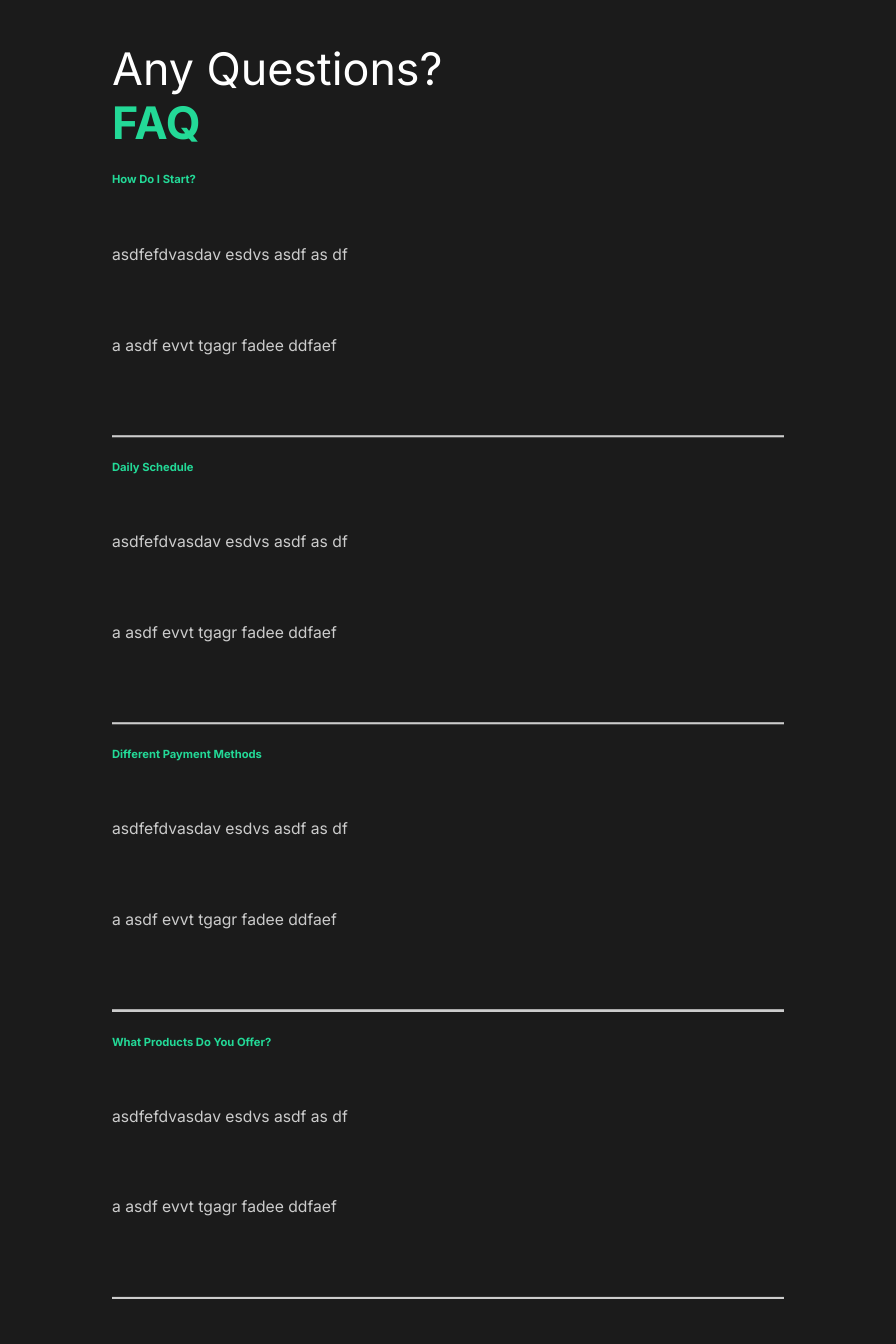
Repository: programmingwithlevi/capture
Page: /
The author's editor kept a copy of each file at every save. The page is drawn from the files as they stood at one save, then again after the next save.
The browser window is 1280 px wide. The pictures show the part of the page from y = 1884 to 3804 px (the page is 3852 px tall before and 4236 px after), at 70% of full size.
The project was rebuilt for these pictures with package versions that can differ from the ones it lists, and the page was loaded fresh each time. Also part of the build but not shown: src/pages/ContactUs.js, src/pages/OurWork.js, src/movieState.js, src/pages/movieDetail.js.

Above is the page before, as saved 2021-12-11 12:27:32.

### public/index.html
<!DOCTYPE html>
<html lang="en">
  <head>
    <meta charset="utf-8" />
    <link rel="icon" href="%PUBLIC_URL%/favicon.ico" />
    <meta name="viewport" content="width=device-width, initial-scale=1" />
    <meta name="theme-color" content="#000000" />
    <meta
      name="description"
      content="Web site created using create-react-app"
    />
    <link rel="preconnect" href="https://fonts.googleapis.com">
<link rel="preconnect" href="https://fonts.gstatic.com" crossorigin>
<link href="https://fonts.googleapis.com/css2?family=Inter:wght@400;700&family=Lato:wght@400;700&display=swap" rel="stylesheet">
<link rel="preconnect" href="https://fonts.googleapis.com">
<link rel="preconnect" href="https://fonts.gstatic.com" crossorigin>
<link href="https://fonts.googleapis.com/css2?family=Inter:wght@400;700&family=Lato:wght@400;700&family=Lobster&display=swap" rel="stylesheet">
    <link rel="apple-touch-icon" href="%PUBLIC_URL%/logo192.png" />
    <!--
      manifest.json provides metadata used when your web app is installed on a
      user's mobile device or desktop. See https://developers.google.com/web/fundamentals/web-app-manifest/
    -->
    <link rel="manifest" href="%PUBLIC_URL%/manifest.json" />
    <!--
      Notice the use of %PUBLIC_URL% in the tags above.
      It will be replaced with the URL of the `public` folder during the build.
      Only files inside the `public` folder can be referenced from the HTML.

      Unlike "/favicon.ico" or "favicon.ico", "%PUBLIC_URL%/favicon.ico" will
      work correctly both with client-side routing and a non-root public URL.
      Learn how to configure a non-root public URL by running `npm run build`.
    -->
    <title>Capture</title>
  </head>
  <body>
    <noscript>You need to enable JavaScript to run this app.</noscript>
    <div id="root"></div>
    <!--
      This HTML file is a template.
      If you open it directly in the browser, you will see an empty page.

      You can add webfonts, meta tags, or analytics to this file.
      The build step will place the bundled scripts into the <body> tag.

      To begin the development, run `npm start` or `yarn start`.
      To create a production bundle, use `npm run build` or `yarn build`.
    -->
  </body>
</html>

### src/index.js
import React from 'react';
import ReactDOM from 'react-dom';

import App from './App';
import reportWebVitals from './reportWebVitals';
import {BrowserRouter} from 'react-router-dom';

ReactDOM.render(
  <React.StrictMode>
    <BrowserRouter>
    <App />
    </BrowserRouter>
  </React.StrictMode>,
  document.getElementById('root')
);

// If you want to start measuring performance in your app, pass a function
// to log results (for example: reportWebVitals(console.log))
// or send to an analytics endpoint. Learn more: https://bit.ly/CRA-vitals
reportWebVitals();

### src/App.js
import React from "react";
//import pages
import AboutUs from '../src/pages/AboutUs';
import GlobalStyle from "./components/GlobalStyle";
import ContactUs from "./pages/ContactUs";
import OurWork from "./pages/OurWork";
import Nav from "./components/Nav";
import MovieDetail from "./pages/MovieDetail";

//router
import {Route,Switch,useLocation} from "react-router-dom";
//animaitom
import {AnimatePresence} from "framer-motion";

function App() {
  const location = useLocation();
  return  (
    <div className="App">

        <GlobalStyle />

        <Nav />
        <AnimatePresence exitBeforeEnter>
        <Switch location={location} key={location.pathname}>
          <Route path="/"  exact>
            <AboutUs />
          </Route>
          <Route path="/work" exact>
            <OurWork />
          </Route>
          <Route path="/work/:id">
            <MovieDetail />
          </Route>
          <Route path="/contact">
            <ContactUs />
          </Route>


        </Switch>
        </AnimatePresence>
    </div>
  );
}

export default App;

### src/pages/AboutUs.js
import React from 'react';
//Page Components
import AboutSection from '../components/AboutSection';
import ServicesSection from '../components/ServicesSection';
import FaqSection from '../components/FaqSection';
//animaiton
import {motion} from "framer-motion";
import {pageAnimation} from '../animations';

const AboutUs = () => {
    return (
   <motion.div
        exit="exit"
        variants={pageAnimation}
        initial="hidden"
        animate="show"
    >
        <AboutSection />
        <ServicesSection />
        <FaqSection />
    </motion.div>
    );

}

export default AboutUs;

### src/components/GlobalStyle.js
import {createGlobalStyle} from 'styled-components';

const GlobalStyle = createGlobalStyle`
*{
   margin: 0;
   padding: 0;
   box-sizing: border-box
}
body{
    background: #1b1b1b;
    font-family: 'Inter', sans-serif;
}
button{
    font-weight: bold;
    font-size: 1.1.rem;
    padding: 1rem 2rem;
    border: 3px solid #23d997;
    background: transparent;
    color: white;
    transition: all 0.5s ease;
    font-family: 'Inter', sans-serif;
    &:hover{
        background-color:  #23d997;
        color: white;
    }

}
h2{
       font-weight: lighter;
       font-size: 4rem;
    }
    h3{
        color: white;
    }
    h4{
        font-weight: bold;
        color: #23d997;
    }
    a{
        font-size: 1.1.rem;
    }
    span{
        font-weight: bold;
        color: #23d997;
    }
    p{
        padding: 3rem 0rem;
        color: #ccc;
        font-size: 1.4rem;
        line-height: 150%;
    }
`;
export default GlobalStyle;

### src/components/Nav.js
import React from 'react';
import styled from 'styled-components';
import {Link} from 'react-router-dom';

const Nav = () => {
    return(
        <StyledNav>
            <h1><Link id="logo" to="/">Capture</Link></h1>
            <ul>
                <li>
                    <Link to="/">1. About Us</Link>
                </li>
                <li>
                    <Link to="/work">2. Our Work</Link>
                </li>
                <li>
                    <Link to="/contact">3. Contact Us</Link>
                </li>
            </ul>
        </StyledNav>
    )
}

const StyledNav = styled.nav`
    min-height: 10vh;
    display: flex;
    margin: auto;
    justify-content: space-between;
    align-items: center;
    padding: 1rem 10rem;
    background: #282828;
    a{
        color: white;
        text-decoration: none;
    }
    ul{
        display: flex;
        list-style: none;
    }
    #logo{
        font-size: 1.8rem;
        font-family: 'Lobster', cursive;
        font-weight: lighter;
    }
    li{
        padding-left: 10rem;
        position: relative;
    }
`;

export default Nav;

### src/components/AboutSection.js
import React from 'react';
import home1 from '../img/home1.png';
import {About,Description,Image,Hide } from '../styles';
//Framer Motion
import {motion} from "framer-motion";
import {titleAnim,fade,photoAnim} from '../animations';
import Wave from './Wave';

const AboutSection = () => {

    return (
        <About>
            <Description>
                <motion.div variants={titleAnim}>
                    <div className="hide">
                        <motion.h2>We work to make</motion.h2>
                    </div>
                    <Hide>
                        <motion.h2>your <span>dreams</span> </motion.h2>
                    </Hide>
                    <Hide>
                        <motion.h2 variants={titleAnim}>come true.</motion.h2>
                    </Hide>
                </motion.div>
                <motion.p variants={fade}>Contact us for any photography or videography ideas that you have. </motion.p>
                <motion.button>Contact Us</motion.button>
            </Description>
            <Image>
                <motion.img variants={photoAnim} src={home1} alt="camera guy"/>

            </Image>
            <Wave />
        </About>
    )
}
//styled components


export default AboutSection;

### src/components/ServicesSection.js
import React from 'react';
//Import Icons
import clock from '../img/clock.svg';
import diaphram from '../img/diaphram.svg';
import money from '../img/money.svg';
import teamwork from '../img/teamwork.svg';
import home2 from '../img/home2.png';
//styles
import {About,Description,Image} from "../styles";
import styled from "styled-components";

const ServicesSection = () => {
    return(
        <About>
            <div className="description">
                <h2>High <span>quality</span> services</h2>
                <Cards>
                    <Card>
                        <div className="icon">
                            <img alt="icon" src={clock} />
                            <h3>Efficient</h3>
                        </div>
                        <p>lorem5 </p>
                    </Card>
                    <Card>
                        <div className="icon">
                            <img alt="icon" src={teamwork} />
                            <h3>Teamwork</h3>
                        </div>
                        <p>lorem5 </p>
                    </Card>
                    <Card>
                        <div className="icon">
                            <img alt="icon" src={diaphram} />
                            <h3>Diaphram</h3>
                        </div>
                        <p>lorem5 </p>
                    </Card>
                    <Card>
                        <div className="icon">
                            <img alt="icon" src={money} />
                            <h3>Affordable</h3>
                        </div>
                        <p>lorem5 </p>
                    </Card>
                </Cards>
            </div>
        <div className="image">
            <img alt="camera" src={home2} />

        </div>
        </About>
    )
}

const Services = styled(About)`
h2{
    padding-bottom: 5rem;
}
p{
    width: 70%;
    padding: 2rem 0rem 4rem 0rem;
}
`;
const Cards = styled.div`
display: flex;
flex-wrap: wrap;
`;
const Card = styled.div`
    flex-basis: 15rem;
    .icon {
        display: flex;
        align-items: center;
        h3 {
            margin-left: 1rem;
            background: white;
            color: black;
            padding: 1rem;
        }
    }
`;

export default ServicesSection;

### src/components/FaqSection.js
import React from 'react';
import styled from 'styled-components';
import {About} from '../styles';
import Toggle from './Toggle';

const FaqSection = () => {
    return(
        <Faq>
            <h2>Any Questions? <span>FAQ</span></h2>
            <Toggle title="How Do I Start?">

                <div className="answer">
                   <p>asdfefdvasdav esdvs asdf as df</p>
                    <p>a asdf evvt tgagr fadee ddfaef</p>
                </div>

            </Toggle>
            <Toggle title="Daily Schedule">

                <div className="answer">
                   <p>asdfefdvasdav esdvs asdf as df</p>
                    <p>a asdf evvt tgagr fadee ddfaef</p>
                </div>

            </Toggle>
            <Toggle title="Different Payment Methods">

                <div className="answer">
                   <p>asdfefdvasdav esdvs asdf as df</p>
                    <p>a asdf evvt tgagr fadee ddfaef</p>
                </div>

            </Toggle>
            <Toggle title="What Products Do You Offer?">

                <div className="answer">
                   <p>asdfefdvasdav esdvs asdf as df</p>
                    <p>a asdf evvt tgagr fadee ddfaef</p>
                </div>

            </Toggle>
        </Faq>
    )
}

const Faq = styled(About)`
    display: block;
    span{
        display: block;
    }
    h2{
        padding-bottom: 2rem;
        font-weight: lighter;
    }
    .faq-line{
        background: #cccccc;
        height: 0.2rem;
        margin: 2rem 0rem;
        width: 100%;
    }
    .question{
        padding: 3rem 0rem;
        cursor: pointer;
    }
    .answer{
        padding: 2rem 0rem;
        p{
            padding: 1rem 0 rem;
        }
    }
`;

export default FaqSection;

### src/animations.js
import { withTheme } from "styled-components";

export const pageAnimation ={
    hidden: {
        opacity: 0,
        y: 300,

    },
    show: {
        opacity: 1,
        y: 0,
        transition: {
            duration: 0.5,
            when: "beforeChildren",
            staggerChildren: 0.25,
        },
    },
    exit: {
        opacity: 0,
        //y: 300,
        transition: {
            duration: 0.5,
        },
    }
}
export const titleAnim = {
    hidden: {y: 200},
    show: {
        y:0,
        transition: {duration: 0.75, ease: "easeOut"},
    }
}
export const fade = {
    hidden: {opacity: 0},
    show: {
        opacity: 1,
        transition: {ease: "easeOut", duration: 0.75},
    }
}
export const photoAnim = {
    hidden: {scale: 1.5, opacity: 0},
    show: {
        scale: 1,
        opacity: 1,
        transition: 'easeOut',
        duration: 0.75,
    }
}
export const lineAnim = {
    hidden: {width: '0%'},
    show: {
        width: '100%',
        transition: {duration: 0.75},
    }
}

export const slider = {
    hidden: {x: '-130%', skew: '45deg'},
    show: {
        x: '100%',
        skew: '0deg',
        transition: {ease: "easeOut", duration: 1 },
    }
}

export const sliderContainer = {
    hidden: {opacity: 1},
    show: {opacity: 1, transition: { staggerChildren: 0.1, ease: 'easeOut'}},
}

### src/styles.js
import styled from "styled-components";

export const About = styled.div`
    min-height: 90vh;
    display: flex;
    align-items: center;
    justify-content: space-between;
    padding: 5rem 10rem;
    color: white;
   //position: center;
    top: 10%;

`;
export const Description = styled.div`
    flex: 1;
    padding-right: 5rem;
    z-index: 2;
    h2{
        font-weight: lighter;
    }
`

export const Image = styled.div`
    flex: 1;
    z-index: 2;
    overflow: hidden;
    img{
        width: 100%;
        height: 80vh;
        object-fit: cover;
    }

`
export const Hide = styled.div`
    overflow: hidden;
    `

### src/components/Wave.js
import React from "react";
import styled from "styled-components";
import {motion} from "framer-motion";

const Wave = () => {
    return(
    <WaveSvg viewBox="0 0 1440 363" fill="none" xmlns="http://www.w3.org/2000/svg">
<motion.path initial={{ pathLength: 0, pathOffset: 1 }}
animate={{ pathLength: 1, pathOffset: 0 }}
transition={{ duration: 1 }}
d="M1440 27.4774C1352.73 19.8184 1122.41 49.0556 899.331 227.276C620.48 450.052 354.282 355.647 170.328 185.318C23.165 49.0556 -4.21721 8.32998 0.487081 5" stroke="#D96ED4" strokeOpacity="0.5" strokeWidth="15"/>
</WaveSvg>);


};

const WaveSvg = styled.svg`
    position: absolute;
    left: 0;
    z-index: 1;
`;
export default Wave;

### src/components/Toggle.js
import { motion } from 'framer-motion';
import React,{useState} from 'react';

const Toggle = ({children,title}) => {
    const [toggle,setToggle] = useState(true);
    return(
        <div onClick={() => setToggle(!toggle)}>
            <motion.h4>{title}</motion.h4>
            {toggle?children:""}
            <div className="faq-line"></div>
        </div>
    )
}
export default Toggle;

Loaded but not shown: src/reportWebVitals.js (common file)

After the next save:
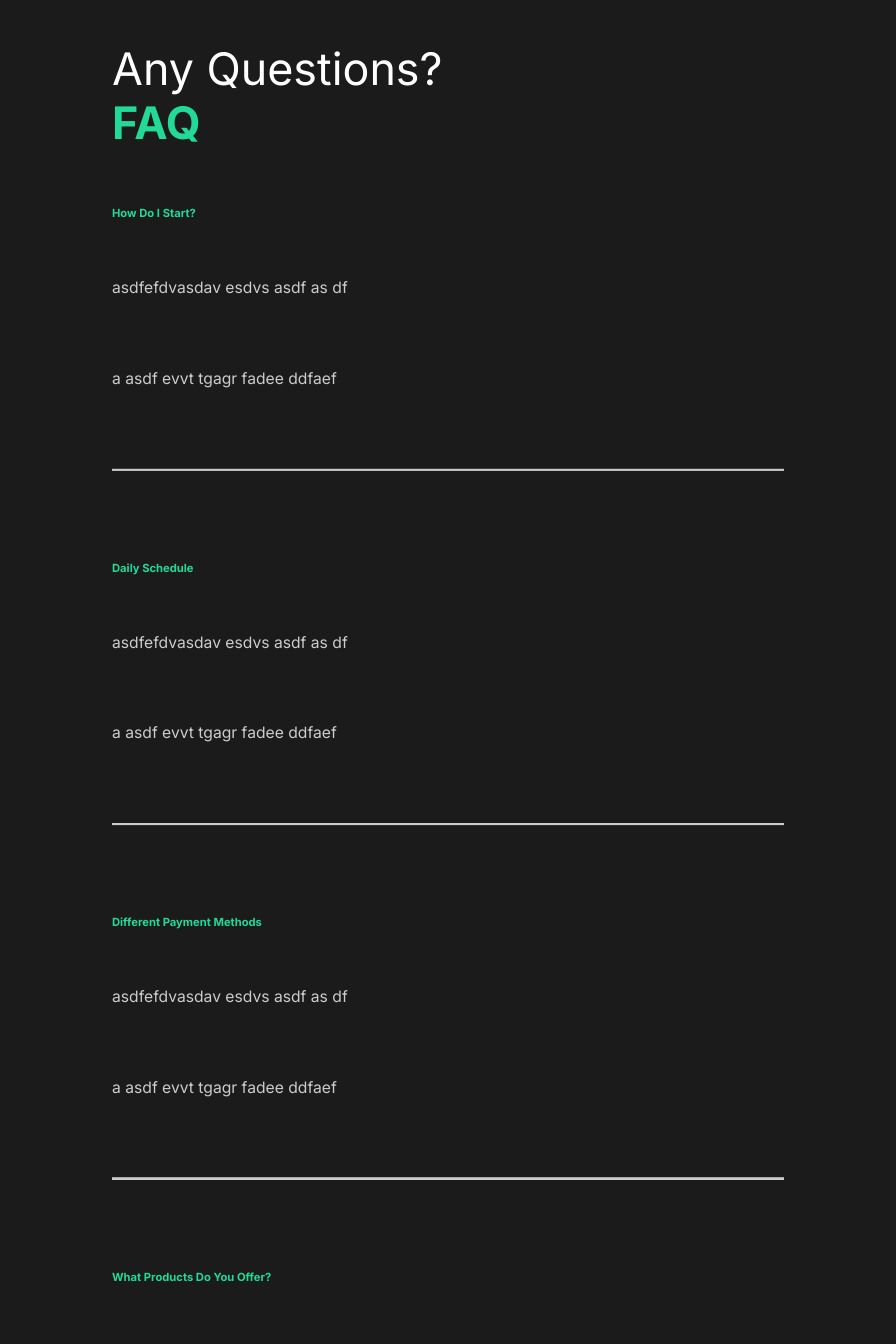
Saved 3 min 22 s later.
--- a/src/components/Toggle.js
+++ b/src/components/Toggle.js
@@ -4,7 +4,7 @@ import React,{useState} from 'react';
 const Toggle = ({children,title}) => {
     const [toggle,setToggle] = useState(true);
     return(
-        <div onClick={() => setToggle(!toggle)}>
+        <div className="question" onClick={() => setToggle(!toggle)}>
             <motion.h4>{title}</motion.h4>
             {toggle?children:""}
             <div className="faq-line"></div>
